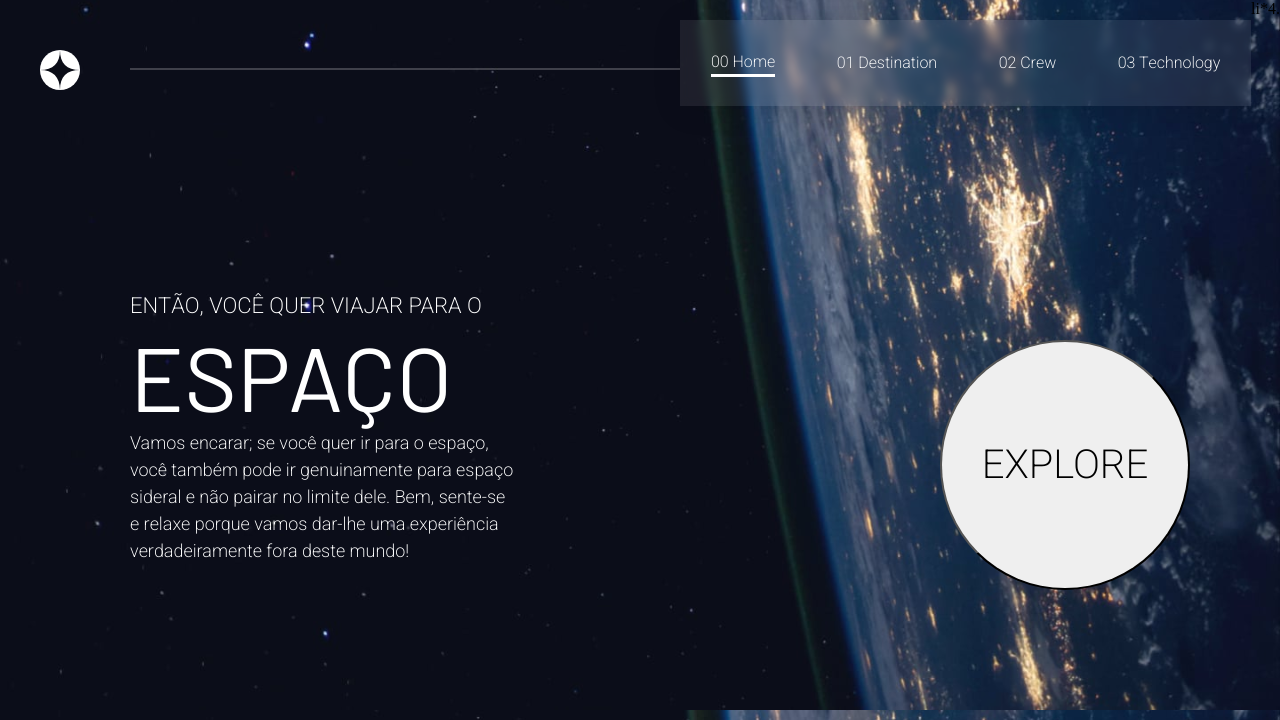
Repository: Leonngc/space-site
Page: space-tourism-website-main/space-tourism-website-main/starter-code/index.html
The author's editor kept a copy of each file at every save. The page is drawn from the files as they stood at one save, then again after a run of saves.
The browser window is 1280 px wide. The pictures show the whole page.
Some icons come from a web library that is not loaded, so they are not drawn.

Above is the page before, as saved 2023-04-29 16:55:12.

### space-tourism-website-main/space-tourism-website-main/starter-code/index.html
<!DOCTYPE html>
<html lang="pt-br">
<head>
  <meta charset="UTF-8">
  <meta name="viewport" content="width=device-width, initial-scale=1.0">
  <link rel="icon" type="image/png" sizes="32x32" href="./assets/favicon-32x32.png">
  <link rel="stylesheet" href="styles/menu.css">
  <link rel="stylesheet" href="styles/home.css">
  <!-- CDN FLATICON-->
  <link rel='stylesheet' href='https://cdn-uicons.flaticon.com/uicons-bold-rounded/css/uicons-bold-rounded.css'>
  <script src="script/menu.js" defer></script>
  <title>Frontend Mentor | Space tourism website</title>
</head>
<body>

  <header>
    <img src="assets/shared/logo.svg" alt="" class="logo">
    <div class="line"></div>

    <ul class="menu">
    <li class="item-menu active"><a href="#">00 Home</a></li>
    <li class="item-menu"><a href="#">01 Destination</a></li>
    <li class="item-menu"><a href="#">02 Crew</a></li>
    <li class="item-menu"><a href="#">03 Technology</a></li>
    </ul>



      <div class="mobile-container">
        <i class="fi fi-br-menu-burger"></i>

        <nav class="menu-mobile">
          <ul>
            li*4.
          </ul>
        </nav>
      </div>

  </header>

<div class="container-button">
    <button>Explore</button>
  </div>
<div class="text-box">
    <span>Então, você quer viajar para o</span>
    <h1>Espaço</h1>
    <p>
      Vamos encarar; se você quer ir para o espaço, você também pode ir genuinamente para
      espaço sideral e não pairar no limite dele. Bem, sente-se e relaxe
      porque vamos dar-lhe uma experiência verdadeiramente fora deste mundo!
    </p>
</div>



</body>
</html>

### space-tourism-website-main/space-tourism-website-main/starter-code/styles/menu.css
@import url('https://fonts.googleapis.com/css2?family=Heebo:wght@200&display=swap');

*{
    padding: 0;
    margin: 0;
}

header{
    display: flex;
    justify-content: space-between;
}

.menu{
    margin-top: 20px;
    display: flex;
    width: 90vw ;
    height: 12vh;
    position: relative;
    justify-content: space-between;
    list-style: none;
    background: rgba(255, 255, 255, 0.21);
    background: rgba(255, 255, 255, 0.08);
    box-shadow: 0 4px 30px rgba(0, 0, 0, 0.1);
    backdrop-filter: blur(5px);
    -webkit-backdrop-filter: blur(5px);
}

.item-menu{
    margin: auto;

}

.item-menu a{
    text-decoration: none;
    font-family: 'Heebo', sans-serif;
    color: white;
}

.active{
  border-bottom: 3px solid white;
}

.line{
    background-color:  rgba(255, 255, 255, 0.21);

    height: 2px;
    width: 1110px;
    margin-top: 68px;
    margin-left: 30px;
}

.logo{
    margin-top: 30px;
    margin-left: 20px;
    width: 40px;
    height: 40px;
    padding: 20px;
}

@media screen and (max-width: 900px){
    .menu{
        display: none;
    }

    .line{
        display: none;
    }

    body{
        background-image: url(../assets/home/background-home-mobile.jpg) !important;
    }

}

### space-tourism-website-main/space-tourism-website-main/starter-code/styles/home.css
@import url('https://fonts.googleapis.com/css2?family=Barlow&display=swap');
@import url('https://fonts.googleapis.com/css2?family=Heebo:wght@200&display=swap');
/*  font-family: 'Barlow', sans-serif;
    font-family: 'Heebo', sans-serif;
*/

:root{
    --title-font: 'Barlow';
    --paragraph-font: 'Heebo';
}

body{
    background-image: url(../assets/home/background-home-desktop.jpg);
    background-size: cover;
    background-position: center center;
}


.text-box{
    margin-top: 150px;
    padding: 30px;
    margin-left: 100px;
    width: 30vw;
    color: white;
}

span{
    font-family: var(--paragraph-font);
    font-size: 22px;
    text-transform: uppercase;
}

h1{
    font-family: var(--title-font);
    font-size: 90px;
    font-weight: 200;
    text-transform: uppercase;
}

p{
    font-family: var(--paragraph-font), sans-serif;
    font-size: 18px;
}

.container-button{
    float: right;
    margin-top: 230px;
    margin-right: 90px;
    margin-bottom: 30px;
}

.container-button button{
    width: 250px;
    height: 250px;
    border-radius: 50%;
    font-size: 40px;
    font-family: var(--paragraph-font);
    font-weight: 200;
    text-transform: uppercase;
}

Loaded but not shown: space-tourism-website-main/space-tourism-website-main/starter-code/script/menu.js (no stored copy; drawn as an empty file)

After the next 3 saves:
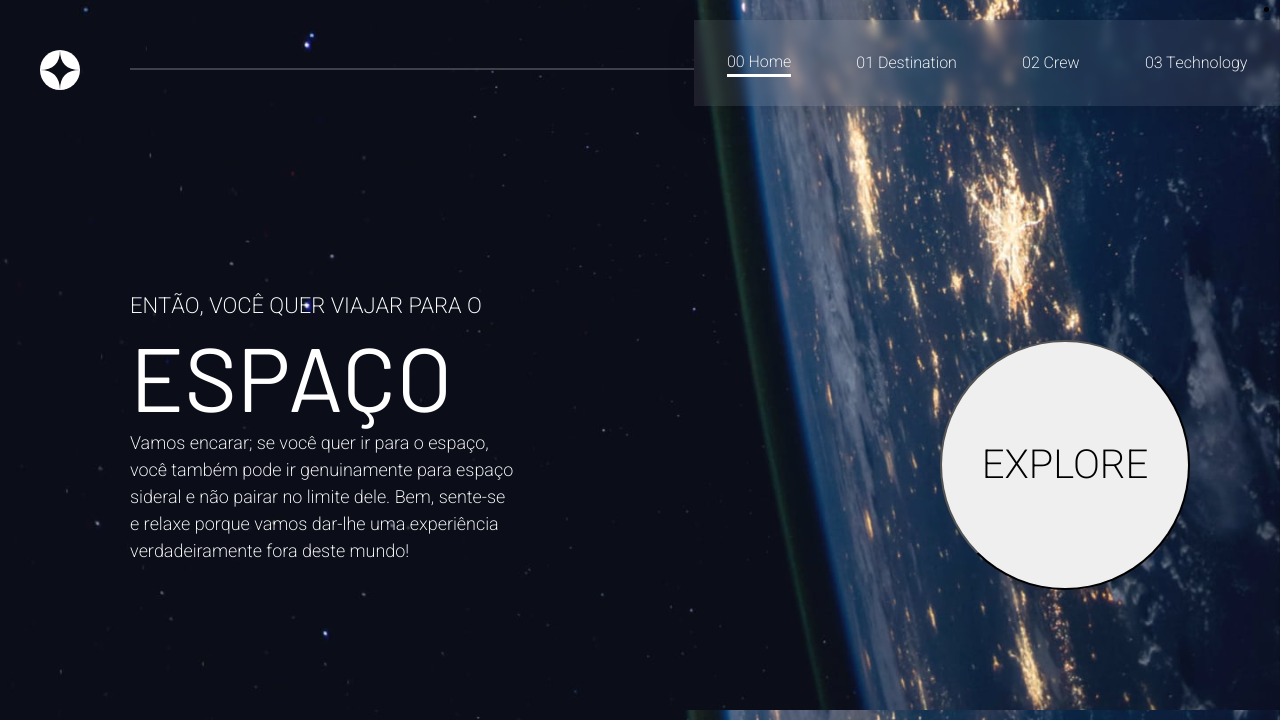
The 3 saves are shown as one change because they came seconds apart.
The last was saved 10 s later.
--- a/space-tourism-website-main/space-tourism-website-main/starter-code/index.html
+++ b/space-tourism-website-main/space-tourism-website-main/starter-code/index.html
@@ -31,7 +31,10 @@
 
         <nav class="menu-mobile">
           <ul>
-            li*4.
+            <li class="item-mobile"></li>
+            <li class="item-mobile"></li>
+            <li class="item-mobile"></li>
+            <li class="item-mobile"></li>
           </ul>
         </nav>
       </div>
